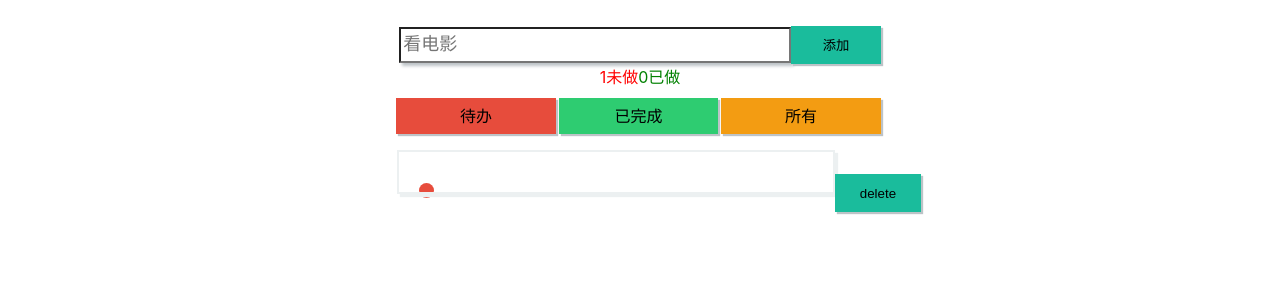
Repository: yurensmile/todolist
Page: /, after clicking the first element matching `button`
These files come from the project's save history. The page is drawn as it stood at one moment and after the next save; the edit follows.
The browser window is 1280 px wide. The pictures show the whole page.
The project was rebuilt for these pictures with package versions that can differ from the ones it lists, and the page was loaded fresh each time. Also part of the build but not shown: src/All.js, src/HaveDone.js.

Above is the page before, as saved 2019-03-22 09:27:03.

After the next save:
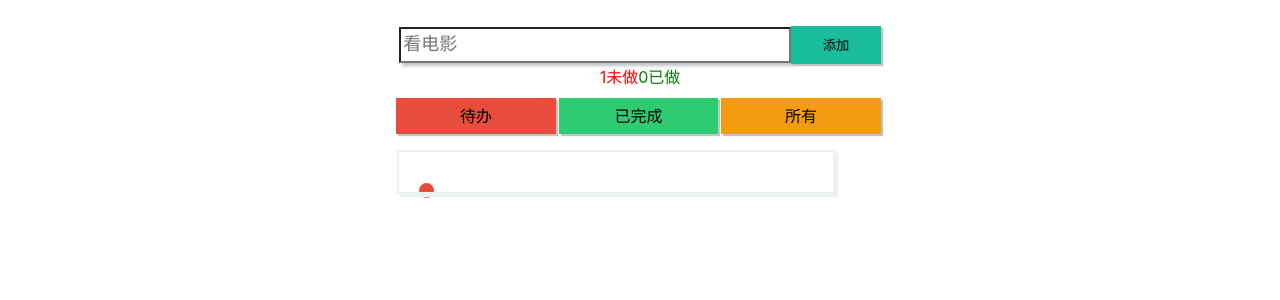
Saved 24 s later.
--- a/src/App.css
+++ b/src/App.css
@@ -75,7 +75,9 @@ button{
   height: 38px;
   box-shadow: 2px 2px 1px rgba(189, 195, 199,1.0);
 }
-
+.delete{
+  visibility: hidden;
+}
 #content{
   margin-left: auto;
   margin-right: auto;
